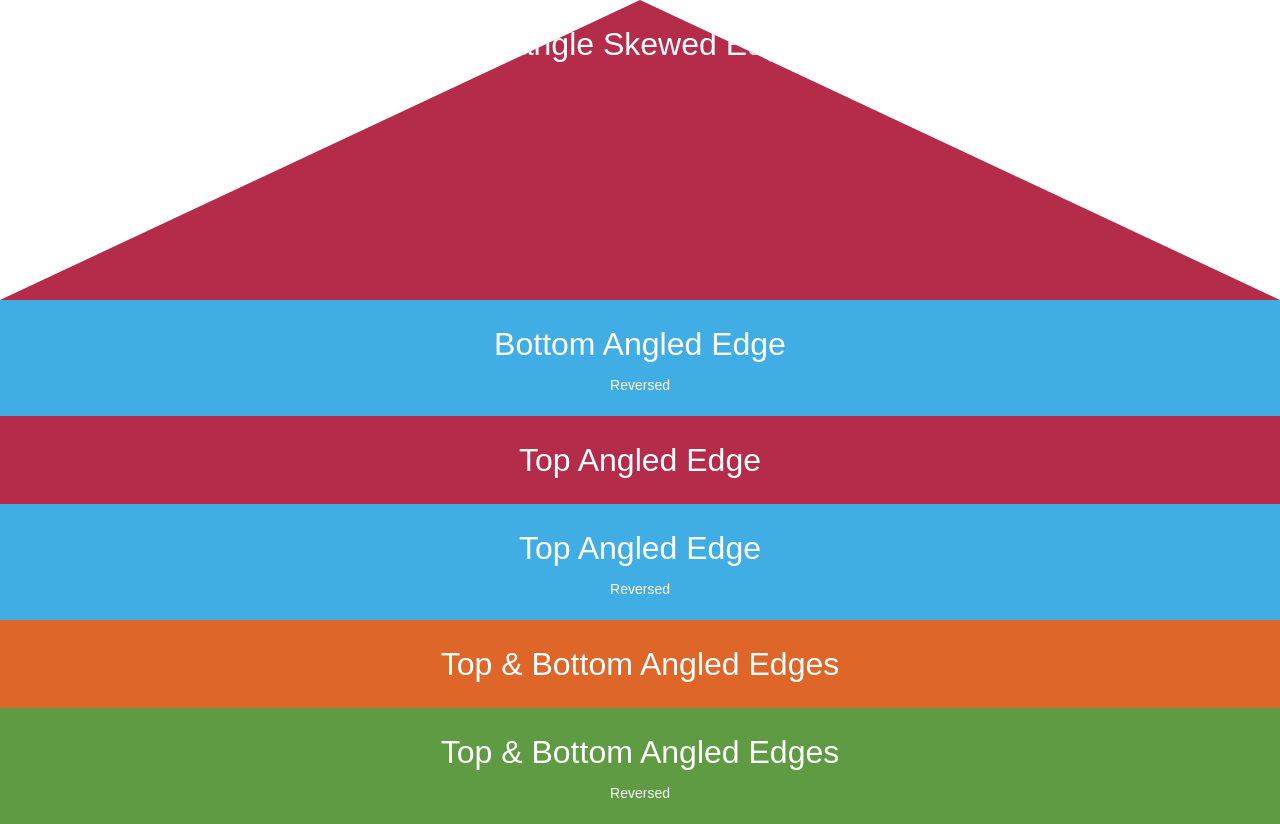
Repository: FrontendProjectsNL/mijn-portfolio-project
Page: /test-skewed-triangle
The author's editor kept a copy of each file at every save. The page is drawn from the files as they stood at one save, then again after the next save.
The browser window is 1280 px wide. The pictures show the whole page.
The project was rebuilt for these pictures with package versions that can differ from the ones it lists, and the page was loaded fresh each time. The framework's server and built-in components were replaced by stand-ins that run in the browser. Also part of the build but not shown: next.config.mjs.

Above is the page before, as saved 2024-10-23 00:18:00.

After the next save:
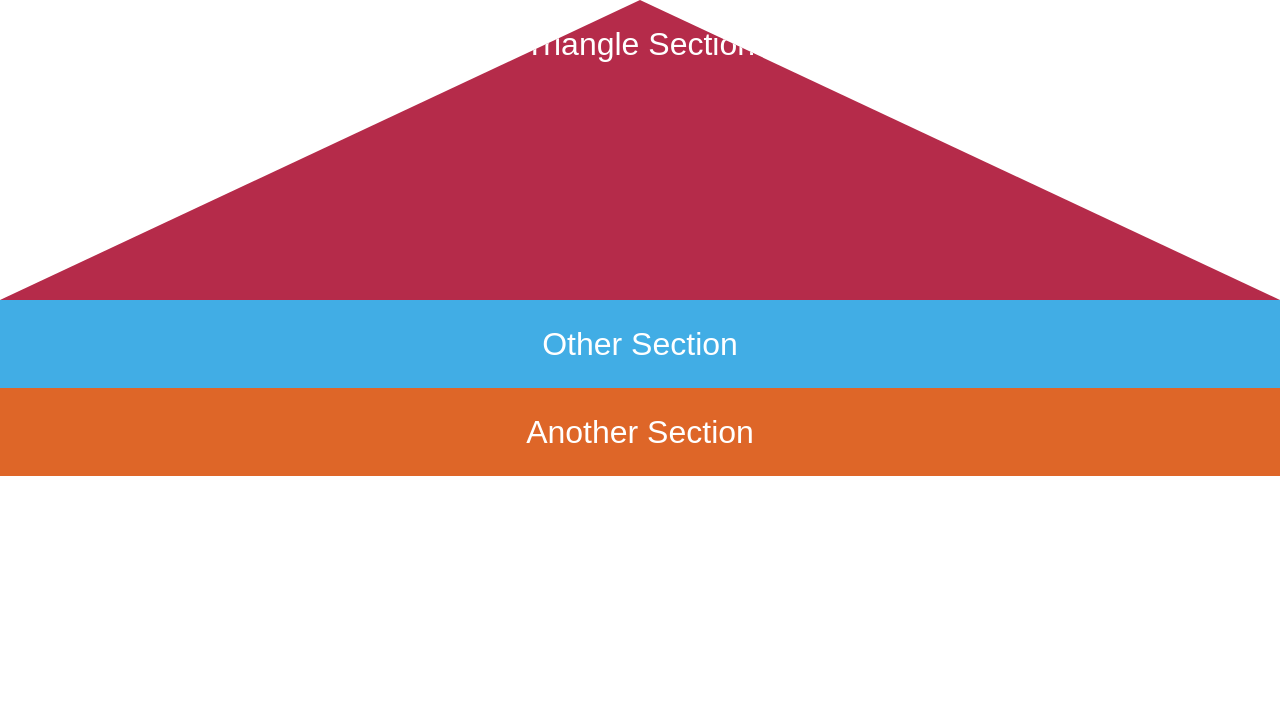
Saved 15 s later.
--- a/app/test-skewed-triangle/page.tsx
+++ b/app/test-skewed-triangle/page.tsx
@@ -6,30 +6,15 @@ const SkewedTriangle: React.FC<SkewedTriangleProps> = () => {
   return (
     <div>
       <div className="block bg-berry edge--triangle">
-        <h1>Triangle Skewed Edge</h1>
+        <h1>Triangle Section</h1>
       </div>
 
-      <div className="block bg-blue edge edge--bottom-reverse">
-        <h1>Bottom Angled Edge</h1>
-        <p>Reversed</p>
+      <div className="block bg-blue">
+        <h1>Other Section</h1>
       </div>
 
-      <div className="block bg-berry edge edge--top">
-        <h1>Top Angled Edge</h1>
-      </div>
-
-      <div className="block bg-blue edge edge--top-reverse">
-        <h1>Top Angled Edge</h1>
-        <p>Reversed</p>
-      </div>
-
-      <div className="block bg-orange edge edge--both">
-        <h1>Top & Bottom Angled Edges</h1>
-      </div>
-
-      <div className="block bg-green edge edge--both-reverse">
-        <h1>Top & Bottom Angled Edges</h1>
-        <p>Reversed</p>
+      <div className="block bg-orange">
+        <h1>Another Section</h1>
       </div>
     </div>
   );
